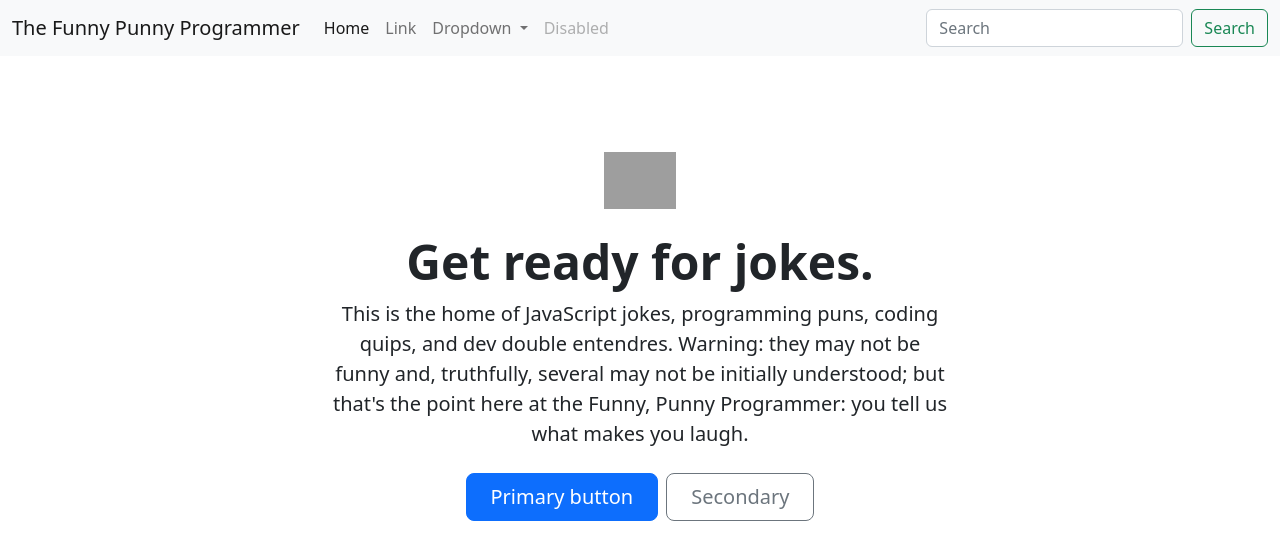
Repository: annferracane/phase-1-personal-project
Page: index.html
The author's editor kept a copy of each file at every save. The page is drawn from the files as they stood at one save, then again after the next save.
The browser window is 1280 px wide. The pictures show the whole page.
Pictures or frames that could not be fetched are drawn as grey boxes. The page's requests for data from a server got no answer.

Above is the page before, as saved 2022-12-07 13:12:19.

### index.html

<!DOCTYPE html>
<html lang="en">
    <head>
        <meta charset="utf-8">
        <meta name="viewport" content="width=device-width, initial-scale=1">
        <link href="https://cdn.jsdelivr.net/npm/bootstrap@5.2.2/dist/css/bootstrap.min.css" rel="stylesheet" integrity="sha384-Zenh87qX5JnK2Jl0vWa8Ck2rdkQ2Bzep5IDxbcnCeuOxjzrPF/et3URy9Bv1WTRi" crossorigin="anonymous">
        <link rel="stylesheet" href="./style.css" />
        <script defer src="./src/index.js"></script>
        <title>The Funny Punny Programmer</title>
    </head>
    <body>
        <nav class="navbar navbar-expand-lg bg-light">
            <div class="container-fluid">
              <a class="navbar-brand mb-0 h1" href="#">The Funny Punny Programmer</a>
              <button class="navbar-toggler" type="button" data-bs-toggle="collapse" data-bs-target="#navbarSupportedContent" aria-controls="navbarSupportedContent" aria-expanded="false" aria-label="Toggle navigation">
                <span class="navbar-toggler-icon"></span>
              </button>
              <div class="collapse navbar-collapse" id="navbarSupportedContent">
                <ul class="navbar-nav me-auto mb-2 mb-lg-0">
                  <li class="nav-item">
                    <a class="nav-link active" aria-current="page" href="#">Home</a>
                  </li>
                  <li class="nav-item">
                    <a class="nav-link" href="#">Link</a>
                  </li>
                  <li class="nav-item dropdown">
                    <a class="nav-link dropdown-toggle" href="#" role="button" data-bs-toggle="dropdown" aria-expanded="false">
                      Dropdown
                    </a>
                    <ul class="dropdown-menu">
                      <li><a class="dropdown-item" href="#">Action</a></li>
                      <li><a class="dropdown-item" href="#">Another action</a></li>
                      <li><hr class="dropdown-divider"></li>
                      <li><a class="dropdown-item" href="#">Something else here</a></li>
                    </ul>
                  </li>
                  <li class="nav-item">
                    <a class="nav-link disabled">Disabled</a>
                  </li>
                </ul>
                <form class="d-flex" role="search">
                  <input class="form-control me-2" type="search" placeholder="Search" aria-label="Search">
                  <button class="btn btn-outline-success" type="submit">Search</button>
                </form>
              </div>
            </div>
        </nav>
        <div class="px-4 py-5 my-5 text-center">
            <img class="d-block mx-auto mb-4" src="/docs/5.2/assets/brand/bootstrap-logo.svg" alt="" width="72" height="57">
            <h1 id="hero-header" class="display-5 fw-bold"></h1>
            <div class="col-lg-6 mx-auto">
                <p id="hero-content" class="lead mb-4"></p>
                <div class="d-grid gap-2 d-sm-flex justify-content-sm-center">
                    <button type="button" class="btn btn-primary btn-lg px-4 gap-3">Primary button</button>
                    <button type="button" class="btn btn-outline-secondary btn-lg px-4">Secondary</button>
                </div>
            </div>
        </div>
    </body>
</html>

### src/index.js
// DOM Content Updates
document.querySelector('#hero-header').textContent = 'Get ready for jokes.';
document.querySelector('#hero-content').textContent =
`This is the home of JavaScript jokes, programming puns, coding
quips, and dev double entendres. Warning: they may not be funny and,
truthfully, several may not be initially understood; but that's the
point here at the Funny, Punny Programmer: you tell us what makes you laugh.`;


// Fetch jokes from local db.json and call display function
fetch('http://localhost:3000/jokes')
.then(resp => resp.json())
.then(jokeData => displayJokes(jokeData))
.catch(error => console.log(`Error with local db: ${error}`));

// Display jokes on web app
function displayJokes(jokeData) {
    jokeData.forEach(joke => console.log(joke));

}

//refreshJokesHandler();

function refreshJokesHandler() {
    // Delete jokes in db.json -- BUILD

    // Call fetch to Joke API to refresh
    fetch('https://v2.jokeapi.dev/joke/Programming?blacklistFlags=nsfw,religious,political,racist,sexist,explicit&amount=20')
    .then(resp => resp.json())
    .then(jokeAPIData => refreshJokeDatabase(jokeAPIData.jokes))
    .catch(error => console.log(`Error with joke API: ${error}`));
}

function refreshJokeDatabase(jokeAPIData) {
    // Loop through jokes from Joke API and standaridize format for later display
    jokeAPIData.forEach(jokeAPI => {
        // Standardize joke json format (jokes from API are single or two-part jokes)
        let joke;
        if(jokeAPI.type == 'single') {
            joke = jokeAPI.joke;
        } else if (jokeAPI.type == 'twopart') {
            joke = `Setup: ${jokeAPI.setup}<br>Delivery: ${jokeAPI.delivery}`;
        } else {
            console.log('Unable to display joke content.');
        };

        // Build joke object for post to local db.json
        const jokeConfigObj = {
            category: jokeAPI.category,
            type: jokeAPI.type,
            idJokeAPI: jokeAPI.id,
            language: jokeAPI.lang,
            joke: joke
        }

        // Post jokes to db.json
        fetch('http://localhost:3000/jokes', {
            headers: {
                'Content-Type': 'application/json',
                'Accept': 'application/json'
            },
            method: 'POST',
            body: JSON.stringify(jokeConfigObj)
        })
    });
}

Loaded but not shown: style.css (no stored copy; drawn as an empty file)

After the next save:
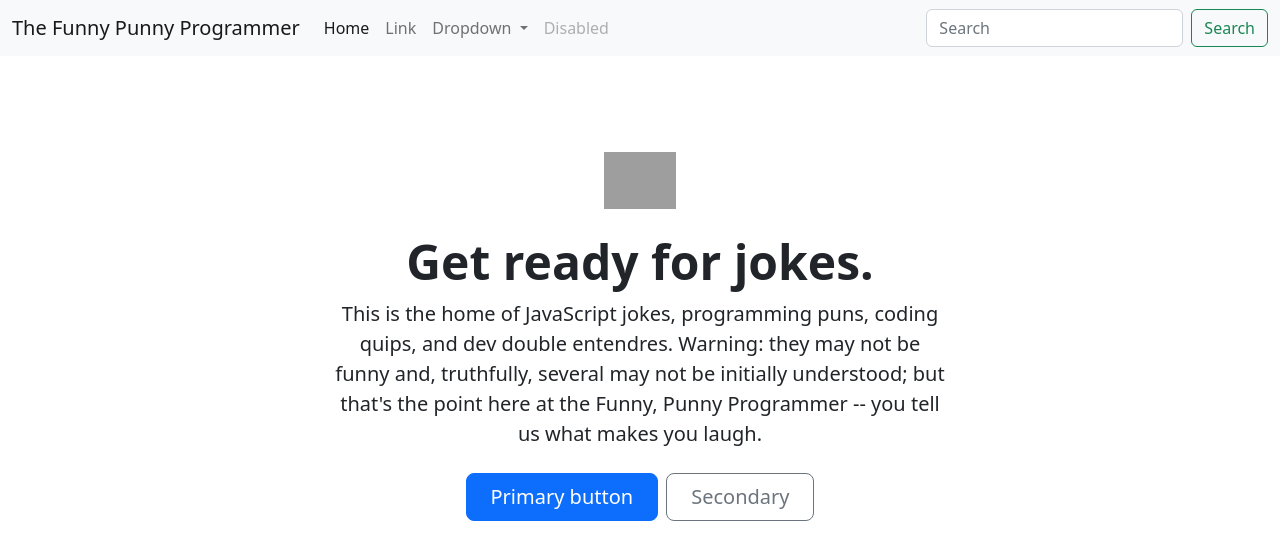
Saved 4 s later.
--- a/src/index.js
+++ b/src/index.js
@@ -4,7 +4,7 @@ document.querySelector('#hero-content').textContent =
 `This is the home of JavaScript jokes, programming puns, coding
 quips, and dev double entendres. Warning: they may not be funny and,
 truthfully, several may not be initially understood; but that's the
-point here at the Funny, Punny Programmer: you tell us what makes you laugh.`;
+point here at the Funny, Punny Programmer -- you tell us what makes you laugh.`;
 
 
 // Fetch jokes from local db.json and call display function
